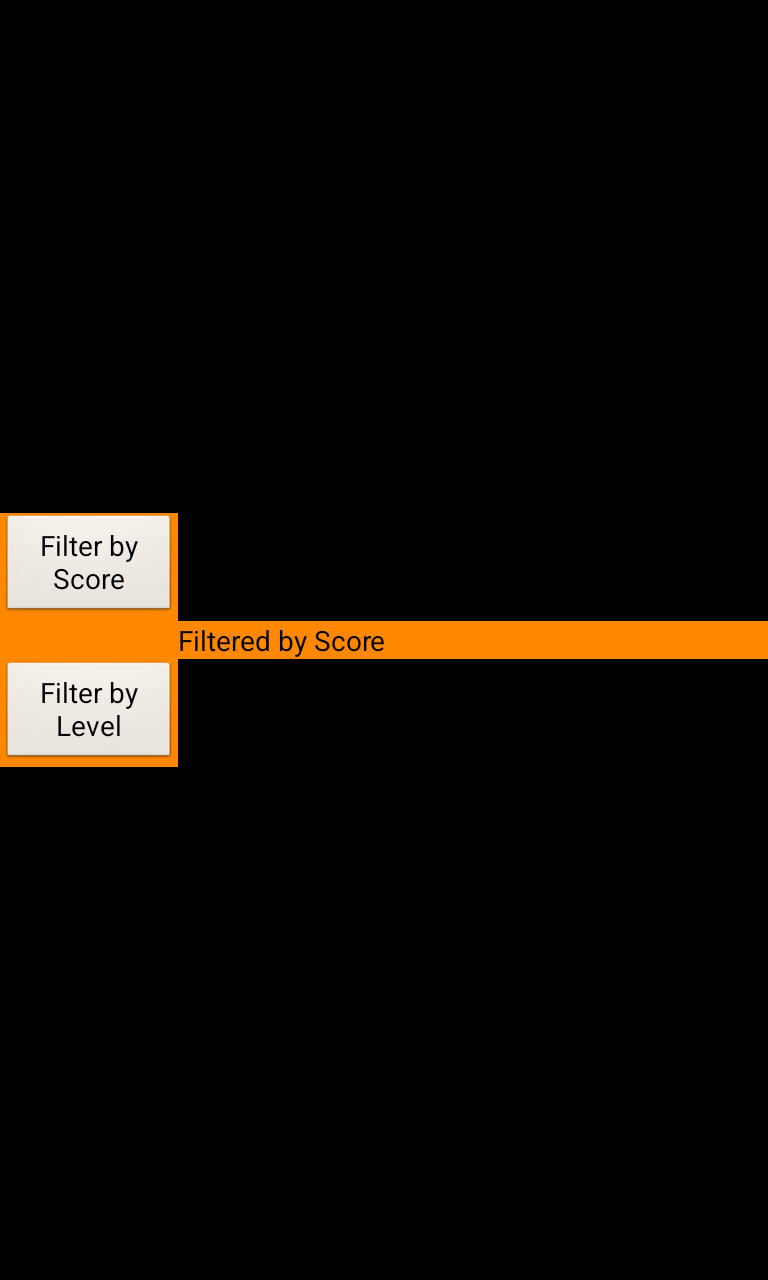
Repository: valleskeyp/IADHub
Layout: MGDGame-android/res/layout/main.xml
These files come from the project's save history. The layout is drawn as it stood at one moment and after the next save; the edit follows.
It is drawn on a 768 x 1280 px phone screen (xhdpi) without system bars, with theme android:Theme.NoTitleBar.Fullscreen; the app's code is not run. Lists and similar views that code fills are empty.

Above is the layout before, as saved 2013-07-29 23:10:54.

### MGDGame-android/res/layout/main.xml
<?xml version="1.0" encoding="utf-8"?>
<LinearLayout xmlns:android="http://schemas.android.com/apk/res/android"
    android:layout_width="fill_parent"
    android:layout_height="fill_parent"
    android:orientation="horizontal" >

	<LinearLayout
	    android:layout_width="wrap_content"
	    android:layout_height="wrap_content"
	    android:orientation="vertical"
	    android:layout_gravity="center_vertical"
	    android:background="@android:color/holo_orange_dark" >

	    <Button
	        android:id="@+id/filterScore"
	        android:layout_marginBottom="20dp"
	        android:layout_width="89dp"
	        android:layout_height="wrap_content"
	        android:text="Filter by Score" />

	    <Button
	        android:id="@+id/filterLevel"
	        android:layout_width="89dp"
	        android:layout_height="wrap_content"
	        android:text="Filter by Level" />
	</LinearLayout>

	<LinearLayout
	    android:layout_width="wrap_content"
	    android:layout_height="wrap_content"
	    android:orientation="vertical"
	    android:layout_gravity="center_vertical" >

	    <TextView
	        android:id="@+id/textView1"
	        android:layout_width="match_parent"
	        android:layout_height="wrap_content"
	        android:text="Filtered by Score"
	        android:textColor="@android:color/black"
	        android:background="@android:color/holo_orange_dark" />

	    <ListView
	        android:id="@+id/list_scores"
	        android:layout_width="match_parent"
	        android:layout_height="wrap_content" >
	    </ListView>
	</LinearLayout>

</LinearLayout>

After the next save:
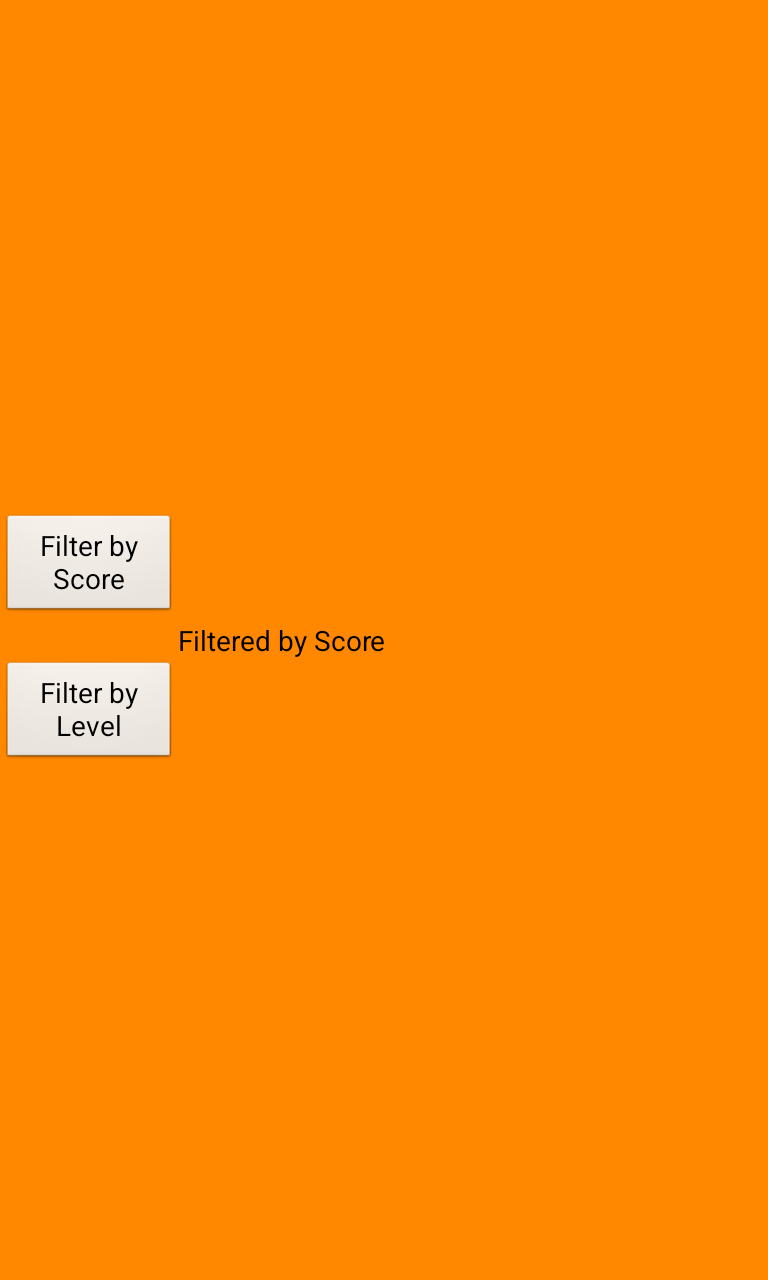
Saved 23 s later.
--- a/MGDGame-android/res/layout/main.xml
+++ b/MGDGame-android/res/layout/main.xml
@@ -2,14 +2,14 @@
 <LinearLayout xmlns:android="http://schemas.android.com/apk/res/android"
     android:layout_width="fill_parent"
     android:layout_height="fill_parent"
-    android:orientation="horizontal" >
+    android:orientation="horizontal"
+    android:background="@android:color/holo_orange_dark" >
 
 	<LinearLayout
 	    android:layout_width="wrap_content"
 	    android:layout_height="wrap_content"
 	    android:orientation="vertical"
-	    android:layout_gravity="center_vertical"
-	    android:background="@android:color/holo_orange_dark" >
+	    android:layout_gravity="center_vertical" >
 
 	    <Button
 	        android:id="@+id/filterScore"
